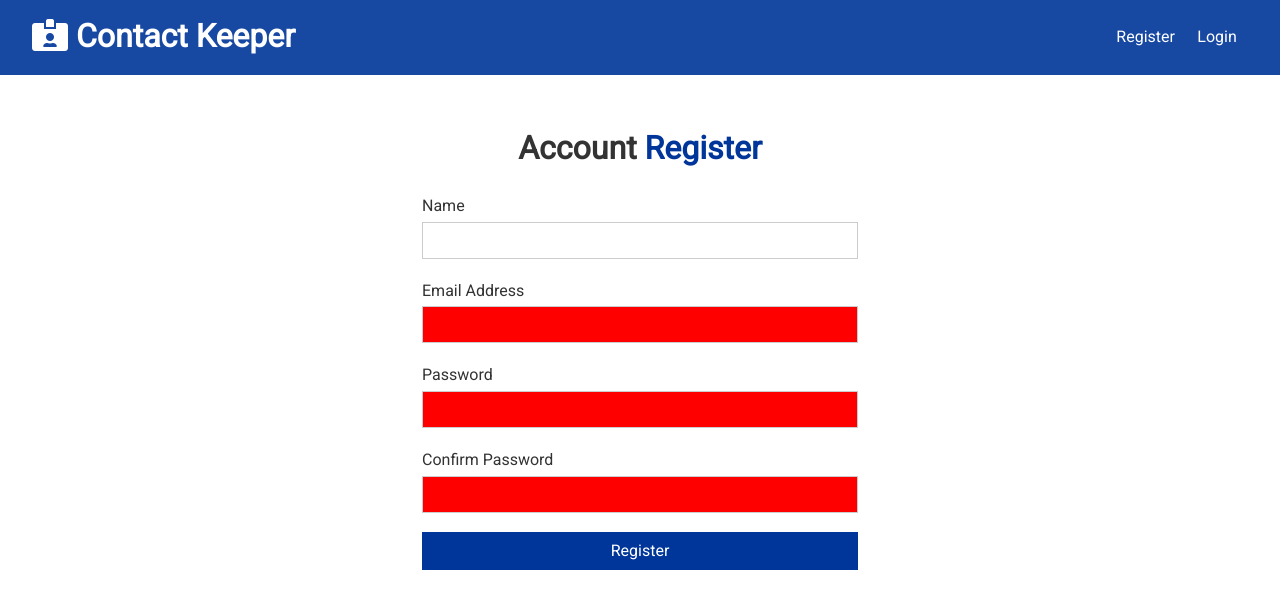
Repository: Art101-ui/Contact-keeper
Page: /register (app in client/)
An editor plug-in stored every save of this project. The page is shown before and after the next save, followed by the edit.
The browser window is 1280 px wide. The pictures show the whole page.
Some web libraries are served in a nearby version. The project was rebuilt for these pictures with package versions that can differ from the ones it lists, and the page was loaded fresh each time. Also part of the build but not shown: client/src/components/contacts/ContactsItem.js, client/src/components/layout/Spinner.js, client/src/components/contacts/Contacts.js, client/src/components/contacts/ContactForm.js, client/src/components/contacts/ContactsFilter.js, client/src/components/pages/Home.js, client/src/components/pages/About.js, client/src/components/layout/Alert.js and 2 more.

Above is the page before, as saved 2021-09-27 10:48:41.

### client/public/index.html
<!DOCTYPE html>
<html lang="en">
  <head>
    <meta charset="utf-8" />
    <link rel="icon" href="%PUBLIC_URL%/favicon.ico" />
    <link rel="stylesheet" href="https://pro.fontawesome.com/releases/v5.10.0/css/all.css" integrity="sha384-AYmEC3Yw5cVb3ZcuHtOA93w35dYTsvhLPVnYs9eStHfGJvOvKxVfELGroGkvsg+p" crossorigin="anonymous"/>
    <meta name="viewport" content="width=device-width, initial-scale=1" />
    <meta name="theme-color" content="#000000" />
    <meta
      name="description"
      content="Web site created using create-react-app"
    />
    <link rel="apple-touch-icon" href="%PUBLIC_URL%/logo192.png" />
    <link rel="manifest" href="%PUBLIC_URL%/manifest.json" />

    <title>Contact keeper</title>
  </head>
  <body>
    <noscript>You need to enable JavaScript to run this app.</noscript>
    <div id="root"></div>

  </body>
</html>

### client/src/index.js
import React from 'react';
import ReactDOM from 'react-dom';

import App from './App';


ReactDOM.render(

    <App />
  ,
  document.getElementById('root')
);

### client/src/App.js
import React, {Fragment} from 'react'
import {BrowserRouter as Router,Switch,Route} from 'react-router-dom'

import Navbar from './components/layout/Navbar';
import Home from './components/pages/Home';
import About from './components/pages/About';
import Alert from './components/layout/Alert'
import Register from './components/auth/Register';
import Login from './components/auth/Login';
import PrivateRoute from './components/routing/PrivateRoute';
import AlertState from './context/alert/AlertState';
import ContactState from './context/contact/ContactState';
import AuthState from './context/auth/AuthState';
import setAuthtoken from './components/utilis/setAuthtoken';
import './App.css';

if(localStorage.token){
  setAuthtoken(localStorage.token)
}

function App() {
  return (
    <AuthState>
      <ContactState>
       <AlertState>
          <Router>
            <Fragment>
              <Navbar/>
              <div className="container">
                <Alert/>
                <Switch>
                  <PrivateRoute exact path = '/' component = {Home}/>
                  <Route exact path = '/about' component = {About}/>
                  <Route exact path = '/register' component = {Register}/>
                  <Route exact path = '/login' component = {Login}/>
                </Switch>
              </div>
            </Fragment>
          </Router>
        </AlertState>
      </ContactState>
    </AuthState>
  );
}

export default App;

### client/src/components/layout/Navbar.js
import React,{useContext,Fragment} from 'react'
import PropTypes from 'prop-types'
import { Link } from 'react-router-dom'
import AuthContext from '../../context/auth/authContext'
import ContactContext from '../../context/contact/contactContext'



const Navbar = ({title,icon}) => {
    const authContext = useContext(AuthContext)

    const {clearContacts} = useContext(ContactContext)
    const {isAuthenticated,logout,user} =authContext


    const onLogout = ()=>{
        logout()
        clearContacts();
    }
    const authLinks = (
        <Fragment>
            <li>Hello {user && user.name}</li>
            <li>
                <a href="#!" onClick={onLogout}>
                    <i className="fas fa-sign-out-alt"> <span className="hide-sm">Logout</span> </i>
                </a>
            </li>
        </Fragment>
    )
    const guestLinks = (
        <Fragment>
            <li>
                   <Link to='/register'>Register</Link>
                </li>
                <li>
                   <Link to='/login'>Login</Link>
                </li>
        </Fragment>
    )
    return (
        <div className="navbar bg-primary">
            <h1>
              <i className={icon}/> {title}
            </h1>
            <ul>
                {isAuthenticated ? authLinks : guestLinks}

            </ul>
        </div>
    )
}

Navbar.propTypes={
    title:PropTypes.string.isRequired,
    icon:PropTypes.string
}

Navbar.defaultProps = {
    title: "Contact Keeper",
    icon: "fas fa-id-card-alt"
}

export default Navbar

### client/src/components/auth/Register.js
import React,{useContext, useState,useEffect} from 'react'
import AlertContext from '../../context/alert/alertContext'
import AuthContext from '../../context/auth/authContext'

const Register = (props) => {
    const alertContext = useContext(AlertContext)
    const authContext = useContext(AuthContext)
    const {setAlert} = alertContext
    const {register,error,clearErrors,isAuthenticated} = authContext

    useEffect(()=>{
        if(isAuthenticated){
            props.history.push('/')
        }
        if(error ==='User already exists'){
            setAlert(error,'danger')
            clearErrors()
        }
        else if(error === undefined){
            setAlert('Please enter correct password','danger')
            clearErrors()
        }

        // eslint-disable-next-line
    },[error,isAuthenticated, props.history])
    const [user,setUser]=useState({
        name:'',
        email:'',
        password:'',
        password2:''
    })

    const {name,email,password,password2} = user

    const onChange = (e)=>
       setUser({
           ...user,[e.target.name] : e.target.value
       })
    const onSubmit = (e)=>{
        e.preventDefault()
        if(name===''||email===''||password===''){
            setAlert('Please enter all fields','danger')
        }else if(password2!==password){
            setAlert('Passwords do not match','danger')
        }else{
            register({name,password,email})
        }
    }



    return (
        <div className="form-container">
            <h1>Account <span className="text-primary">Register</span></h1>
            <form onClick={onSubmit} >
                <div className="form-group">
                    <label htmlFor="name"/>Name
                    <input type="text" name="name" value={name} onChange={onChange}  />
                </div>
                <div className="form-group">
                    <label htmlFor="email"/>Email Address
                    <input type="email" name="email" value={email} onChange={onChange} required />
                </div>
                <div className="form-group">
                    <label htmlFor="password"/>Password
                    <input type="password" name="password" value={password} onChange={onChange} required minLength='6'/>
                </div>
                <div className="form-group">
                    <label htmlFor="password2"/>Confirm Password
                    <input type="password" name="password2" value={password2} onChange={onChange} required minLength='6' />
                </div>
                <input type="submit" value="Register" className='btn btn-primary btn-block'  />
            </form>
        </div>
    )
}

export default Register

### client/src/context/alert/AlertState.js
import React, {useReducer}from "react";
import AlertContext from "./alertContext"
import { v4 as uuidv4 } from 'uuid';
import AlertReducer from "./alertReducer"

import {
    SET_ALERT,
    REMOVE_ALERT
} from '../type'

const AlertState = props => {
    const initialState = []

    const [state, dispatch] = useReducer(AlertReducer, initialState)

    //Set Alert
   const setAlert =(msg,type)=>{
       const id= uuidv4()
       dispatch({
           type:SET_ALERT,
           payload:{msg,type,id}
       })

       setTimeout(()=> dispatch({
           type:REMOVE_ALERT,
           payload:id
       }),5000)
   }

    return(
       <AlertContext.Provider
       value={{
          alerts:state,
          setAlert
       }}>
           {props.children}
       </AlertContext.Provider>
    )
}

export default AlertState

### client/src/context/auth/AuthState.js
import React, {useReducer}from "react";
import AuthContext from "./authContext"
import AuthReducer from "./authReducer"
import axios from "axios";
import setAuthtoken from "../../components/utilis/setAuthtoken";


import {
    REGISTER_FAIL,
    USER_LOADED,
    AUTH_ERROR,
    LOGIN_SUCCESS,
    LOGIN_FAIL,
    LOGOUT,
    CLEAR_ERRORS,
    REGISTER_SUCCESS
} from '../type'

const AuthState = props => {
    const initialState = {
        token:localStorage.getItem('token'),
        isAuthenticated:null,
        loading:true,
        error:null,
        user:null

    }

    const [state, dispatch] = useReducer(AuthReducer, initialState)

    // Load User
    const loadUser = async ()=>{
        if(localStorage.token){
            setAuthtoken(localStorage.token)
        }
        try {
            const res = await axios.get('/api/auth')
            dispatch({
                type:USER_LOADED,
                payload:res.data
            })
        } catch (err) {
           dispatch({
               type:AUTH_ERROR
           })
        }
    }
    // Register User
    const register =async formData =>{
        const config = {
            headers:{
                "Content-Type":"application/json"
            }
        }
        try{
            const res = await axios.post('/api/users',formData,config)
            dispatch({
                type:REGISTER_SUCCESS,
                payload:res.data
            })
            loadUser()
        }catch(err){
            dispatch({
                type:REGISTER_FAIL,
                payload : err.response.data.msg

            })
        }

    }
    // Login User
    const login =async formData =>{
        const config = {
            headers:{
                "Content-Type":"application/json"
            }
        }
        try{
            const res = await axios.post('/api/auth',formData,config)
            dispatch({
                type:LOGIN_SUCCESS,
                payload:res.data
            })
            loadUser()
        }catch(err){
            dispatch({
                type:LOGIN_FAIL,
                payload : err.response.data.msg

            })
        }

    }
    // Logout
    const logout =()=>{
        dispatch({
            type:LOGOUT
        })
    }
    // Clear Errors
    const clearErrors = ()=>dispatch({
        type:CLEAR_ERRORS
    })

    return(
       <AuthContext.Provider
       value={{
           token:state.token,
           isAuthenticated: state.isAuthenticated,
           loading:state.loading,
           user:state.user,
           error:state.error,
           register,
           clearErrors,
           loadUser,
           login,
           logout
       }}>
           {props.children}
       </AuthContext.Provider>
    )
}

export default AuthState

### client/src/components/utilis/setAuthtoken.js
import axios from "axios";

const setAuthtoken = token =>{
    if(token){
        axios.defaults.headers.common['x-auth-token']=token;
    }else{
        delete axios.defaults.headers.common['x-auth-token']
    }
}


export default setAuthtoken

### client/src/App.css
@import url('https://fonts.googleapis.com/css?family=Roboto');

/* Global Styles */
:root {
  --primary-color: #003699;
  --dark-color: #333333;
  --light-color: #f4f4f4;
  --danger-color: #dc3545;
  --success-color: #28a745;
}

* {
  box-sizing: border-box;
  margin: 0;
  padding: 0;
}

body {
  font-family: 'Roboto', sans-serif;
  font-size: 1rem;
  line-height: 1.6;
  background-color: #fff;
  color: #333;
}

a {
  color: var(--primary-color);
  text-decoration: none;
}

a:hover {
  color: #666;
}

ul {
  list-style: none;
}

img {
  width: 100%;
}

/* Utilities */
.container {
  max-width: 1100px;
  margin: auto;
  overflow: hidden;
  padding: 0 2rem;
}

/* Text Styles*/
.x-large {
  font-size: 4rem;
  line-height: 1.2;
  margin-bottom: 1rem;
}

.large {
  font-size: 3rem;
  line-height: 1.2;
  margin-bottom: 1rem;
}

.lead {
  font-size: 1.5rem;
  margin-bottom: 1rem;
}

.text-center {
  text-align: center;
}

.text-primary {
  color: var(--primary-color);
}

.text-dark {
  color: var(--dark-color);
}

.text-center {
  text-align: center;
}

.text-right {
  text-align: right;
}

.text-left {
  text-align: left;
}

/* Cards */
.card {
  padding: 1rem;
  border: #ccc 1px dotted;
  margin: 0.7rem 0;
}

/* List */
.list {
  margin: 0.5rem 0;
}

.list li {
  padding-bottom: 0.3rem;
}

/* Padding */
.p {
  padding: 0.5rem;
}
.p-1 {
  padding: 1rem;
}
.p-2 {
  padding: 2rem;
}
.p-3 {
  padding: 3rem;
}
.py {
  padding: 0.5rem 0;
}
.py-1 {
  padding: 1rem 0;
}
.py-2 {
  padding: 2rem 0;
}
.py-3 {
  padding: 3rem 0;
}

/* Margin */
.m {
  margin: 0.5rem;
}
.m-1 {
  margin: 1rem;
}
.m-2 {
  margin: 2rem;
}
.m-3 {
  margin: 3rem;
}
.my {
  margin: 0.5rem 0;
}
.my-1 {
  margin: 1rem 0;
}
.my-2 {
  margin: 2rem 0;
}
.my-3 {
  margin: 3rem 0;
}

/* Grid */
.grid-2 {
  display: grid;
  grid-template-columns: repeat(2, 1fr);
  grid-gap: 2rem;
}

.grid-3 {
  display: grid;
  grid-template-columns: repeat(3, 1fr);
  grid-gap: 1rem;
}

.grid-4 {
  display: grid;
  grid-template-columns: repeat(4, 1fr);
  grid-gap: 2rem;
}

.grid-2-3 {
  display: grid;
  grid-template-columns: 2fr 3fr;
  grid-gap: 2rem;
}

.btn {
  display: inline-block;
  background: var(--light-color);
  color: #333;
  padding: 0.4rem 1.3rem;
  font-size: 1rem;
  border: none;
  cursor: pointer;
  margin-right: 0.5rem;
  transition: opacity 0.2s ease-in;
  outline: none;
}

.btn-link {
  background: none;
  padding: 0;
  margin: 0;
}

.btn-block {
  display: block;
  width: 100%;
}

.btn-sm {
  font-size: 0.8rem;
  padding: 0.3rem 1rem;
  margin-right: 0.2rem;
}

.badge {
  font-size: 0.8rem;
  padding: 0.2rem 0.7rem;
  text-align: center;
  margin: 0.3rem;
  background: var(--light-color);
  color: #333;
  border-radius: 5px;
}

.alert {
  padding: 0.7rem;
  margin: 1rem 0;
  opacity: 0.9;
  background: var(--light-color);
  color: #333;
}

.btn-primary,
.bg-primary,
.badge-primary,
.alert-primary {
  background: var(--primary-color);
  color: #fff;
}

.btn-light,
.bg-light,
.badge-light,
.alert-light {
  background: var(--light-color);
  color: #333;
}

.btn-dark,
.bg-dark,
.badge-dark,
.alert-dark {
  background: var(--dark-color);
  color: #fff;
}

.btn-danger,
.bg-danger,
.badge-danger,
.alert-danger {
  background: var(--danger-color);
  color: #fff;
}

.btn-success,
.bg-success,
.badge-success,
.alert-success {
  background: var(--success-color);
  color: #fff;
}

.btn-white,
.bg-white,
.badge-white,
.alert-white {
  background: #fff;
  color: #333;
  border: #ccc solid 1px;
}

.btn:hover {
  opacity: 0.8;
}

.bg-light,
.badge-light {
  border: #ccc solid 1px;
}

.round-img {
  border-radius: 50%;
}

/* Forms */
input {
  margin: 1.2rem 0;
}

.form-text {
  display: block;
  margin-top: 0.3rem;
  color: #888;
}

input[type='text'],
input[type='email'],
input[type='password'],
input[type='date'],
input[type='number'],
select,
textarea {
  display: block;
  width: 100%;
  padding: 0.4rem;
  font-size: 1.2rem;
  border: 1px solid #ccc;
}

input[type='submit'],
button {
  font: inherit;
}
input:invalid {
  background-color: red;
}

.form-group {
  margin: 1.2rem 0;
}

.form-group input {
  margin: 0.2rem 0;
}

.form-container {
  max-width: 500px;
  margin: 2rem auto;
  overflow: hidden;
  padding: 0 2rem;
}

.form-container h1,
h2,
h3 {
  text-align: center;
}

table th,
table td {
  padding: 1rem;
  text-align: left;
}

table th {
  background: var(--light-color);
}

/* Navbar */
.navbar {
  display: flex;
  justify-content: space-between;
  align-items: center;
  padding: 0.7rem 2rem;
  z-index: 1;
  width: 100%;
  border-bottom: solid 1px var(--primary-color);
  opacity: 0.9;
  margin-bottom: 1rem;
}

.navbar ul {
  display: flex;
}

.navbar a {
  color: #fff;
  padding: 0.45rem;
  margin: 0 0.25rem;
}

.navbar a:hover {
  color: var(--light-color);
}

.navbar .welcome span {
  margin-right: 0.6rem;
}

/* Animation (Add After) */
.item-enter {
  opacity: 0;
}
.item-enter-active {
  opacity: 1;
  transition: opacity 500ms ease-in;
}
.item-exit {
  opacity: 1;
}
.item-exit-active {
  opacity: 0;
  transition: opacity 500ms ease-in;
}

/* Mobile Styles */
@media (max-width: 700px) {
  .hide-sm {
    display: none;
  }

  .grid-2,
  .grid-3,
  .grid-4 {
    grid-template-columns: 1fr;
  }

  /* Text Styles */
  .x-large {
    font-size: 3rem;
  }

  .large {
    font-size: 2rem;
  }

  .lead {
    font-size: 1rem;
  }

  /* Navbar */
  .navbar {
    display: block;
    text-align: center;
  }

  .navbar h1 {
    margin-bottom: 0.6rem;
  }

  .navbar ul {
    text-align: center;
    justify-content: center;
  }
}

### client/src/context/auth/authContext.js
import { createContext } from "react";

const authContext = createContext()

export default authContext

### client/src/context/contact/contactContext.js
import { createContext } from "react";

const contactContext = createContext()

export default contactContext;

### client/src/context/alert/alertContext.js
import { createContext } from "react";

const alertContext = createContext()

export default alertContext

### client/src/context/alert/alertReducer.js
import {
    SET_ALERT,
    REMOVE_ALERT
} from '../type'

// eslint-disable-next-line
export default (state,action)=>{
   switch(action.type){
       case SET_ALERT:
           return[
               ...state,action.payload
           ]
       case REMOVE_ALERT:
           return state.filter(alert=>alert.id!==action.payload)

        default:
          return state
   }
}

### client/src/context/type.js
export const GET_CONTACTS = 'GET_CONTACTS';
export const ADD_CONTACT = 'ADD_CONTACT';
export const DELETE_CONTACT = 'DELETE_CONTACT';
export const SET_CURRENT = 'SET_CURRENT';
export const CLEAR_CURRENT = 'CLEAR_CURRENT';
export const UPDATE_CONTACT = 'UPDATE_CONTACT';
export const FILTER_CONTACTS = 'FILTER_CONTACTS';
export const CLEAR_CONTACTS = 'CLEAR_CONTACTS';
export const CONTACT_ERROR = 'CONTACT_ERROR';
export const CLEAR_FILTER = 'CLEAR_FILTER';
export const SET_ALERT = 'SET_ALERT';
export const REMOVE_ALERT = 'REMOVE_ALERT';
export const REGISTER_SUCCESS = 'REGISTER_SUCCESS';
export const REGISTER_FAIL = 'REGISTER_FAIL';
export const USER_LOADED = 'USER_LOADED';
export const AUTH_ERROR = 'AUTH_ERROR';
export const LOGIN_SUCCESS = 'LOGIN_SUCCESS';
export const LOGIN_FAIL = 'LOGIN_FAIL';
export const LOGOUT = 'LOGOUT';
export const CLEAR_ERRORS = 'CLEAR_ERRORS';

### client/src/context/contact/contactReducer.js
import {
    GET_CONTACTS,
    ADD_CONTACT,
    DELETE_CONTACT,
    SET_CURRENT,
    CLEAR_CURRENT,
    UPDATE_CONTACT,
    CLEAR_CONTACTS,
    FILTER_CONTACTS,
    CLEAR_FILTER,
    CONTACT_ERROR

} from '../type'


// eslint-disable-next-line
export default (state,action) =>  {

        switch (action.type) {
            case ADD_CONTACT:
                return{
                    ...state,
                    contacts:[action.payload,...state.contacts],
                    loading:false
                }

            case GET_CONTACTS:
                return{
                    ...state,
                    contacts:action.payload,
                    loading:false

                }

            case DELETE_CONTACT:
                return{
                    ...state,
                    contacts:state.contacts.filter(contact=>contact._id!==action.payload),
                    loading:false
                }
             case UPDATE_CONTACT:
                    return{
                        ...state,
                        contacts:state.contacts.map(contact=>contact._id===action.payload._id ? action.payload : contact),
                        loading:false
                    }
            case CLEAR_CONTACTS:
                return{
                    ...state,
                    contacts:null,
                    filtered:null,
                    error:null,
                    current:null
                }
            case SET_CURRENT:
                return{
                    ...state,
                    current:action.payload
                }
            case FILTER_CONTACTS:
                return{
                    ...state,
                   filtered:state.contacts.filter(contact=>
                    {
                        const regEx = new RegExp(`${action.payload}`,'gi')
                        return contact.name.match(regEx)||contact.email.match(regEx)|| contact.phone.match(regEx)
                    })
                }
            case CLEAR_FILTER:
                return{
                    ...state,
                    filtered:null
                }
            case CLEAR_CURRENT:
                return{
                    ...state,
                    current:null
                }
            case CONTACT_ERROR:
                return{
                    ...state,
                    error:action.payload
                }


            default:
                return{
                    state
                }
        }

}

### client/src/context/auth/authReducer.js
import {
    REGISTER_FAIL,
    REGISTER_SUCCESS,
    USER_LOADED,
    AUTH_ERROR,
    LOGIN_SUCCESS,
    LOGIN_FAIL,
    LOGOUT,
    CLEAR_ERRORS
} from '../type'


// eslint-disable-next-line
export default (state,action) => {
    switch (action.type) {
        case REGISTER_SUCCESS:
        case LOGIN_SUCCESS:
            localStorage.setItem('token',
            action.payload.token)
            return{
               ...state,
               ...action.payload,isAuthenticated:true,loading:false
            }
// eslint-disable-next-line
        case REGISTER_FAIL:
        case AUTH_ERROR:
        case LOGIN_FAIL:
        case LOGOUT:
            localStorage.removeItem('token')
            return{
               ...state,
               token:null,isAuthenticated:false,loading:false,
               user:null,
               error:action.payload
            }
            // eslint-disable-next-line
            console.log(state.error)
// eslint-disable-next-line
        case USER_LOADED:
            return{
               ...state,
               isAuthenticated:true,loading:false,
               user:action.payload
            }

// eslint-disable-next-line
        case CLEAR_ERRORS:
            return{
               ...state,
               error:null
            }



        default:
           return state
    }
}

Loaded but not shown: client/src/context/contact/ContactState.js (163 lines, source omitted)

After the next save:
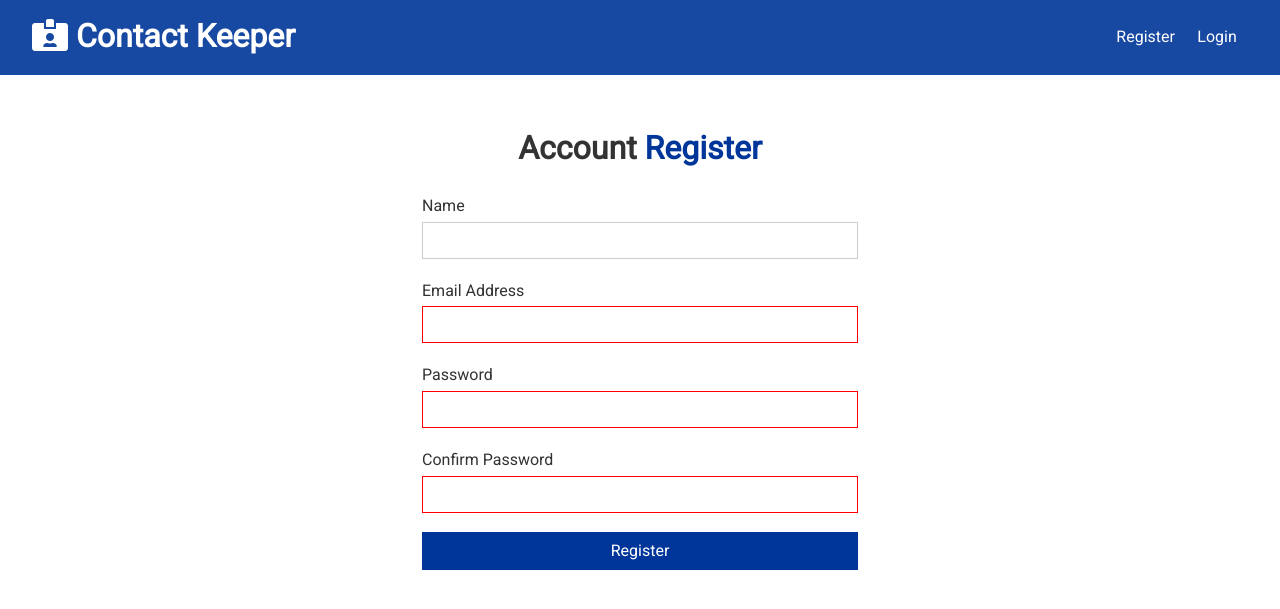
Saved 90 s later.
--- a/client/src/App.css
+++ b/client/src/App.css
@@ -322,8 +322,9 @@ input[type='submit'],
 button {
   font: inherit;
 }
+
 input:invalid {
-  background-color: red;
+  border-color: red;
 }
 
 .form-group {
